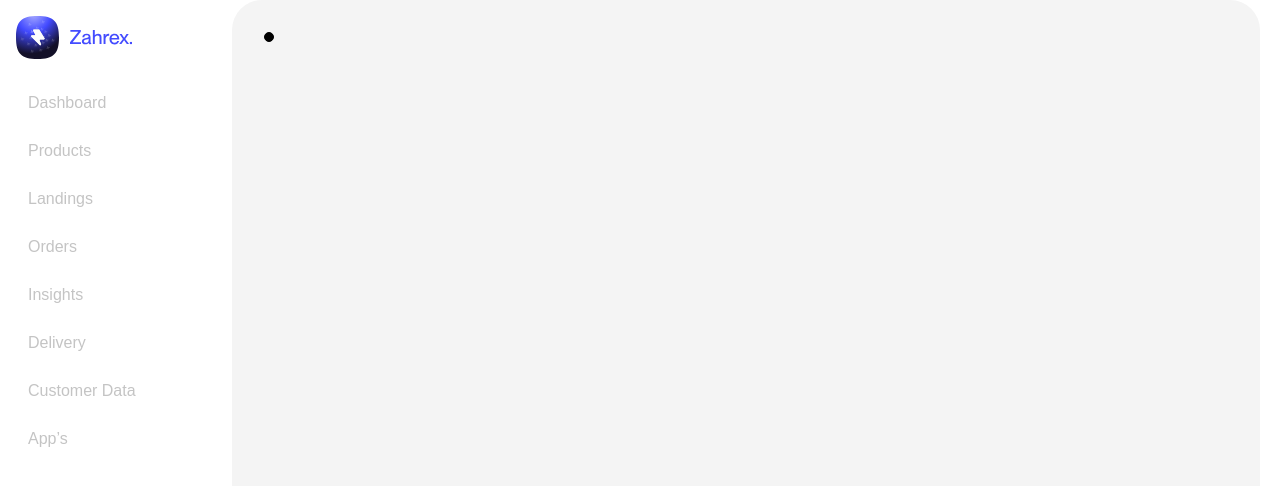
Repository: asba38295-web/zahrex-app
Page: /dashboard
These files come from the project's save history. The page is drawn as it stood at one moment and after the next save; the edit follows.
The browser window is 1280 px wide. The pictures show the whole page.
The project was rebuilt for these pictures with package versions that can differ from the ones it lists, and the page was loaded fresh each time. The framework's server and built-in components were replaced by stand-ins that run in the browser. Also part of the build but not shown: next.config.mjs, src/page/Dashboard/Dashboard.jsx.

Above is the page before, as saved 2025-11-28 21:27:31.

After the next save:
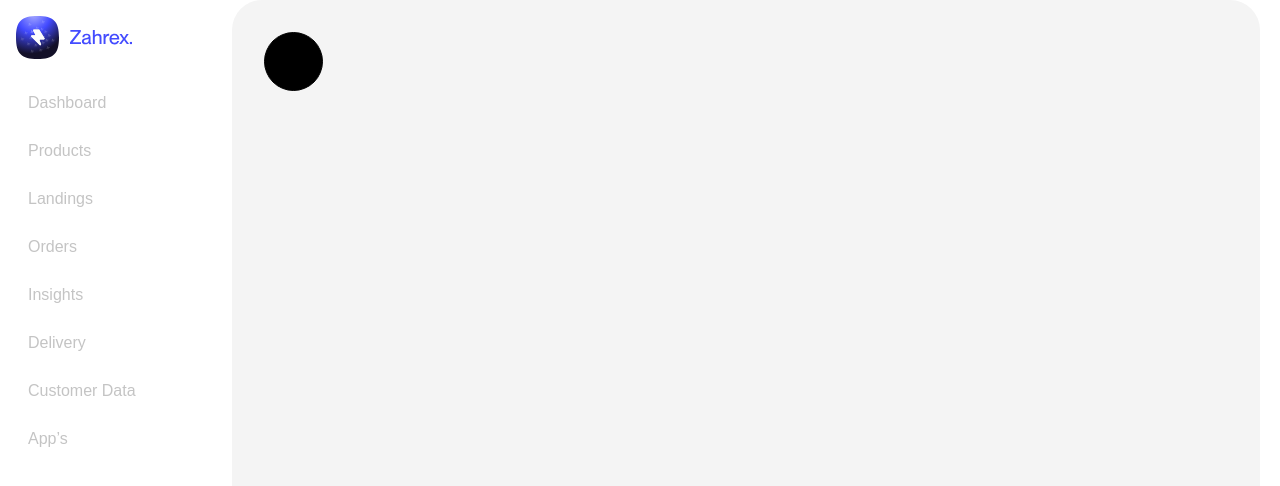
Saved 43 s later.
--- a/src/app/dashboard/page.jsx
+++ b/src/app/dashboard/page.jsx
@@ -88,7 +88,7 @@ export default function DashboardShell() {
     <div className="w-screen h-full px-5">
     <div className="min-h-screen w-full bg-[#F4F4F4] p-8 rounded-[30px] flex">
      <div className="flex gap-[10px]">
-       <button className="bg-black w-[10px] h-[10px] border border-black rounded-full "></button>
+       <button className="bg-black w-[59px] h-[59px] border border-black rounded-full "></button>
      </div>
 
 
